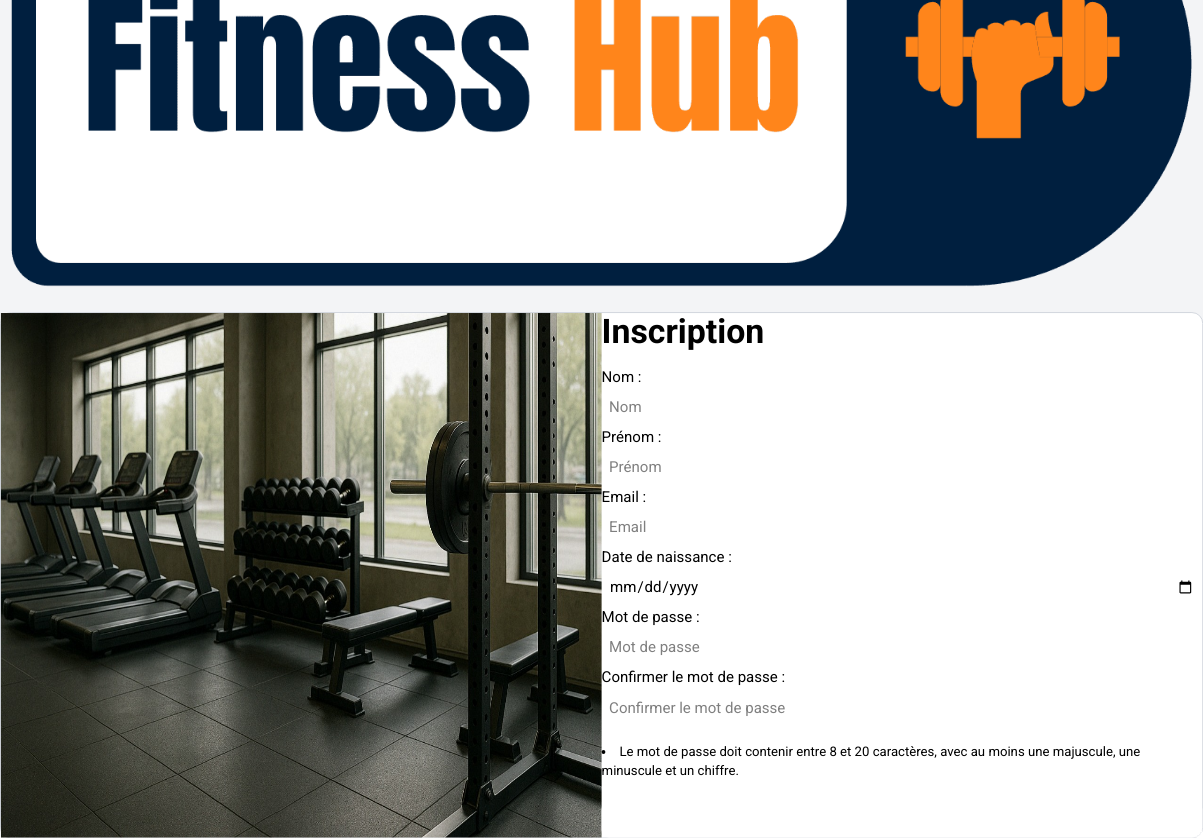
Repository: fahchouchsm/clubSportifWeb
Page: src/pages/inscription.html
The author's editor kept a copy of each file at every save. The page is drawn from the files as they stood at one save, then again after the next save.
The browser window is 1280 px wide. The pictures show the whole page, at 94% of full size.

Above is the page before, as saved 2025-04-19 17:54:35.

After the next save:
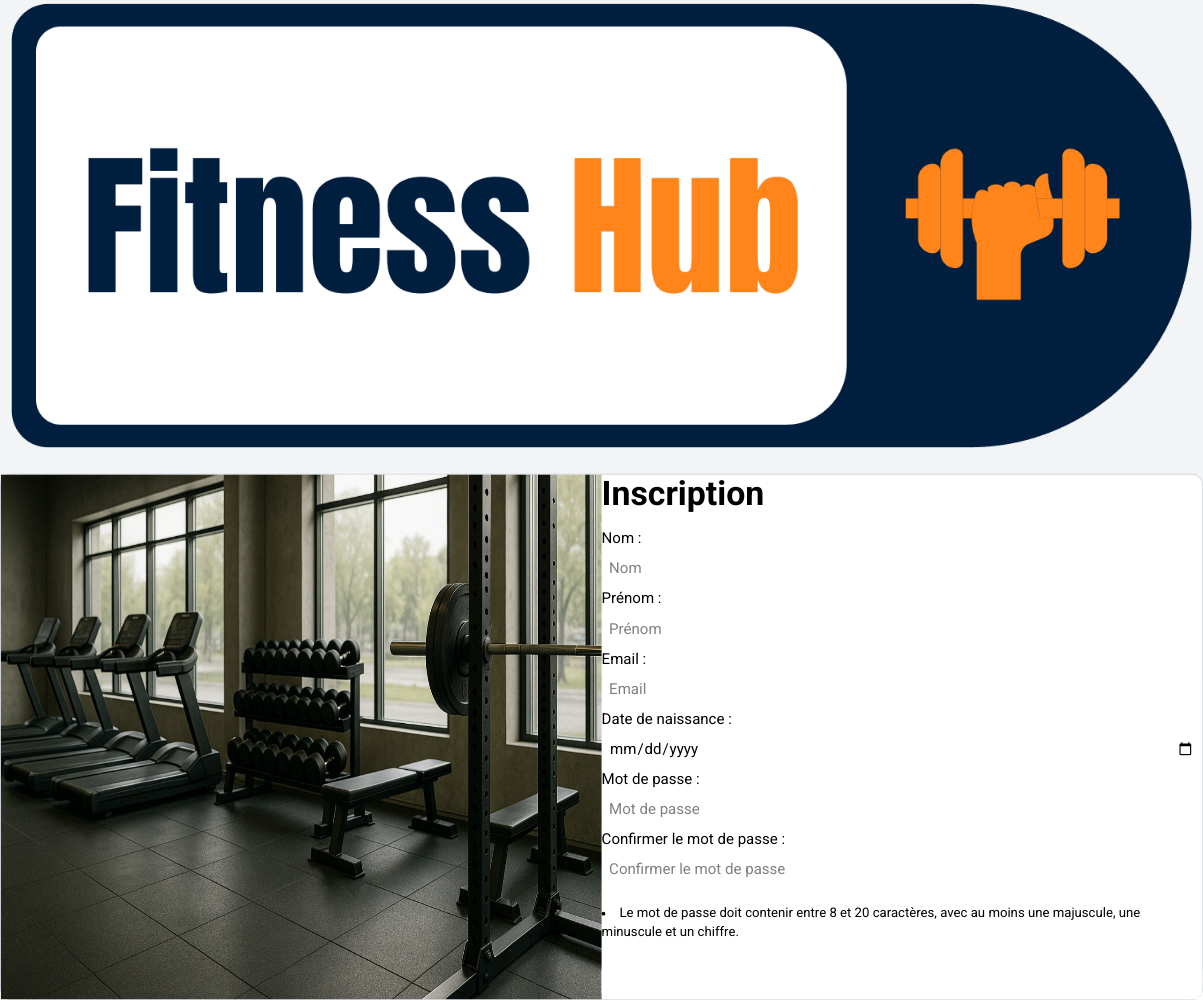
Saved 13 s later.
--- a/src/pages/inscription.html
+++ b/src/pages/inscription.html
@@ -9,9 +9,7 @@
     <title>Inscription</title>
   </head>
   <body>
-    <div
-      class="flex h-screen w-screen flex-col justify-center bg-gray-100 px-24"
-    >
+    <div class="flex h-screen w-screen flex-col bg-gray-100 px-24">
       <a href="#" class="mb-6 text-2xl font-semibold text-gray-900">
         <img
           class="max-w-64"
